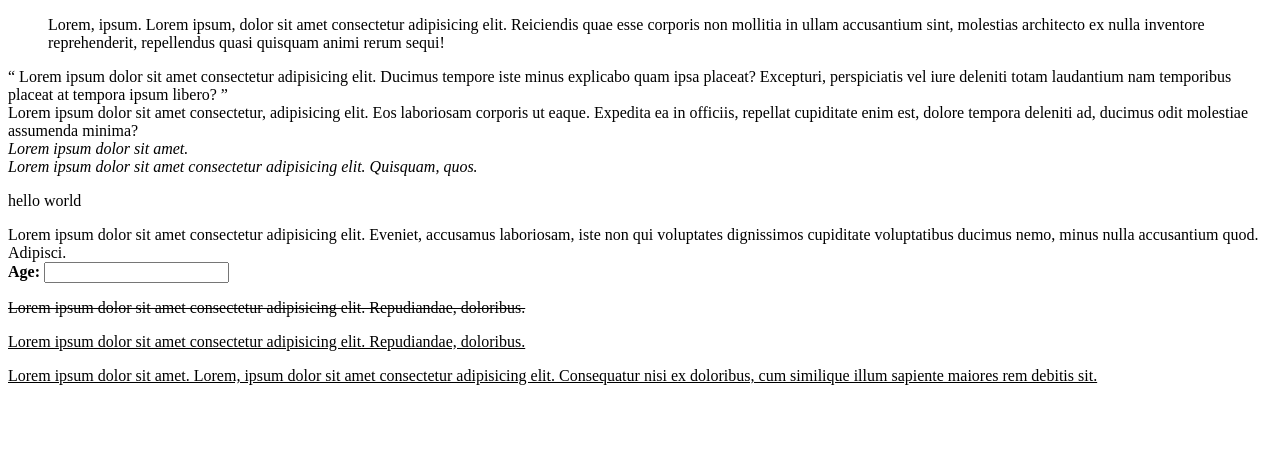
Repository: arunyerram/Web-TEChnologies
Page: p.html
These files come from the project's save history. The page is drawn as it stood at one moment and after a run of saves; the edit follows.
The browser window is 1280 px wide. The pictures show the whole page.

Above is the page before, as saved 2025-02-21 11:58:41.

After the next 2 saves:
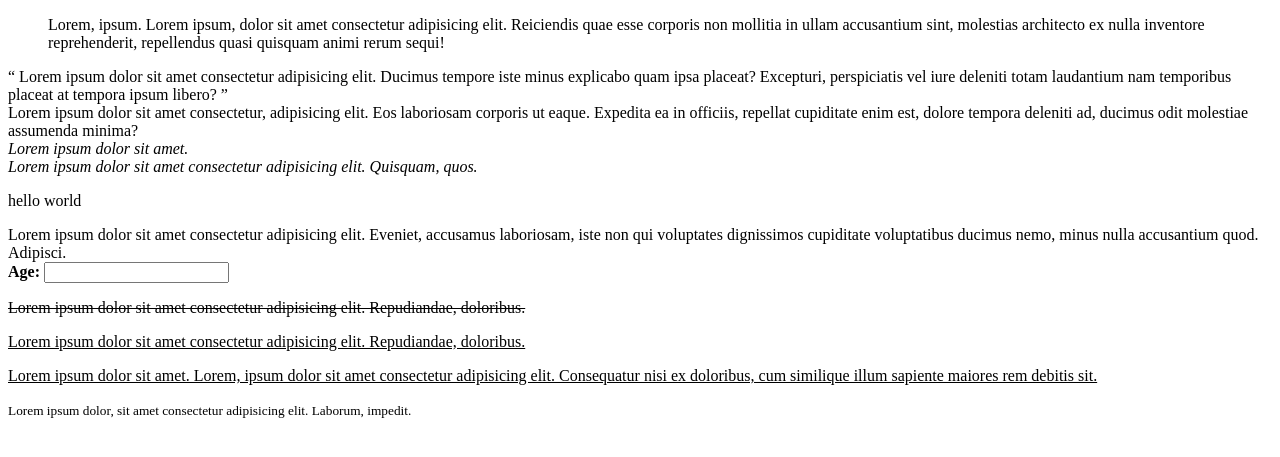
The 2 saves are shown as one change because they came seconds apart.
The last was saved 12 s later.
--- a/p.html
+++ b/p.html
@@ -41,7 +41,7 @@
         <p> <ins> Lorem ipsum dolor sit amet consectetur adipisicing elit. Repudiandae, doloribus.</ins></p>
         <p><u>Lorem ipsum dolor sit amet. Lorem, ipsum dolor sit amet consectetur adipisicing elit. Consequatur nisi ex doloribus, cum similique illum sapiente maiores rem debitis sit.</u></p>
 
-
+        <p><small>Lorem ipsum dolor, sit amet consectetur adipisicing elit. Laborum, impedit.</small></p>
 
 
 </body>
